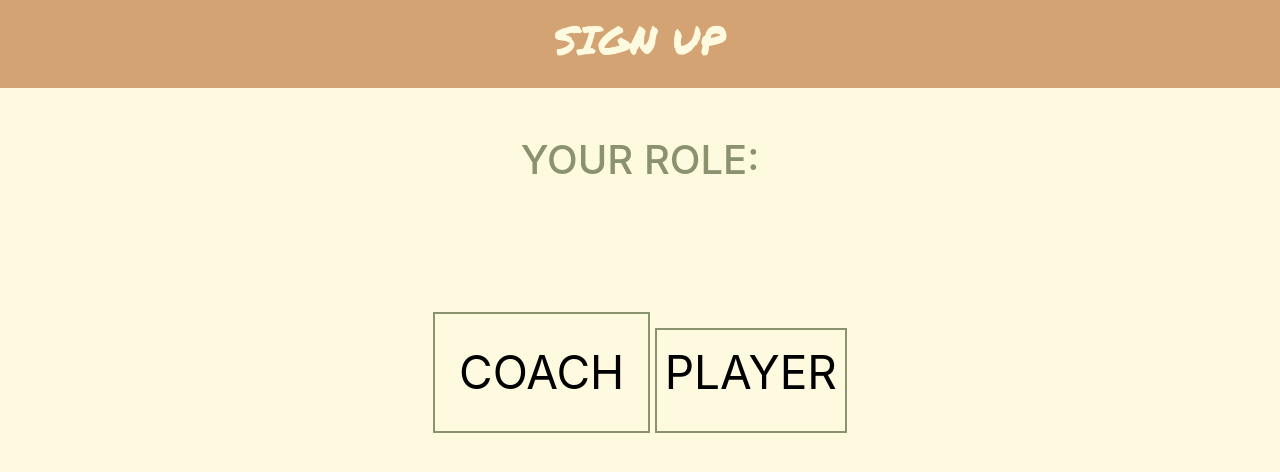
Repository: Aryaholmukhe/treasureHacks
Page: http://localhost/signup
The author's editor kept a copy of each file at every save. The page is drawn from the files as they stood at one save, then again after a run of saves.
The browser window is 1280 px wide. The pictures show the whole page.
The page is served by the project's Node server (server.js).

Above is the page before, as saved 2022-03-27 00:33:23.

After the next 2 saves:
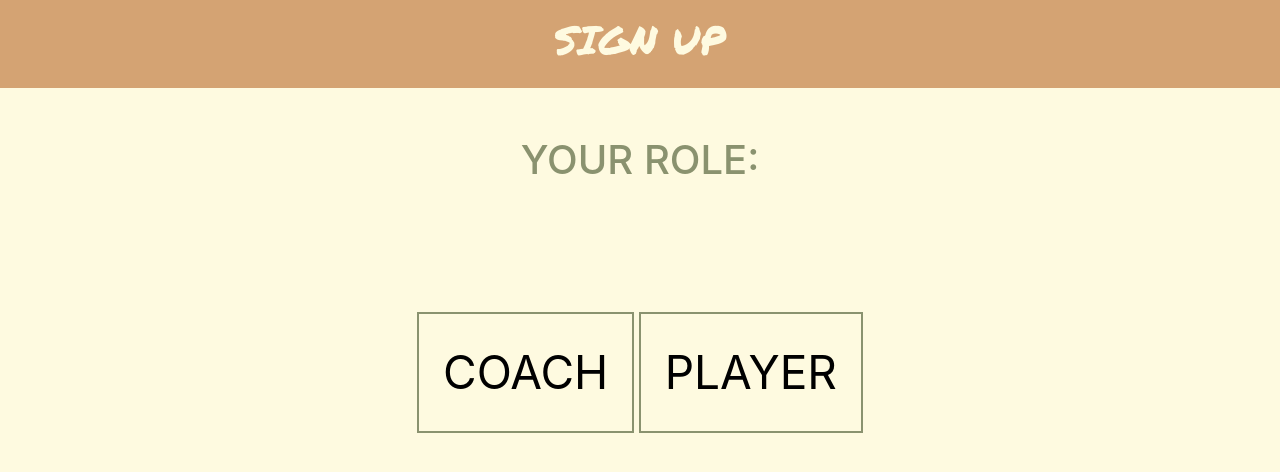
The 2 saves are shown as one change because they came seconds apart.
The last was saved 7 s later.
--- a/views/signup/signup.ejs
+++ b/views/signup/signup.ejs
@@ -21,7 +21,7 @@
 
     <div class="text-center" style="margin-top: 10%">
     <a href="./coach" ><button class="pl-4 pr-4 pt-4 pb-4" style="font-size: 46px; border: 2px solid #8A926F; background-color: transparent; padding: 1%" name="coach">COACH</button></a>
-    <a  href="./player"><button class="pl-2 pr-2 pt-2 pb-4" style="font-size: 46px; border: 2px solid #8A926F; background-color: transparent;8A926F; padding 1%" name="player">PLAYER</button></a>
+    <a  href="./player"><button class="pl-4 pr-4 pt-4 pb-4" style="font-size: 46px; border: 2px solid #8A926F; background-color: transparent; padding: 1%" name="player">PLAYER</button></a>
     </div>
 
 </body>
